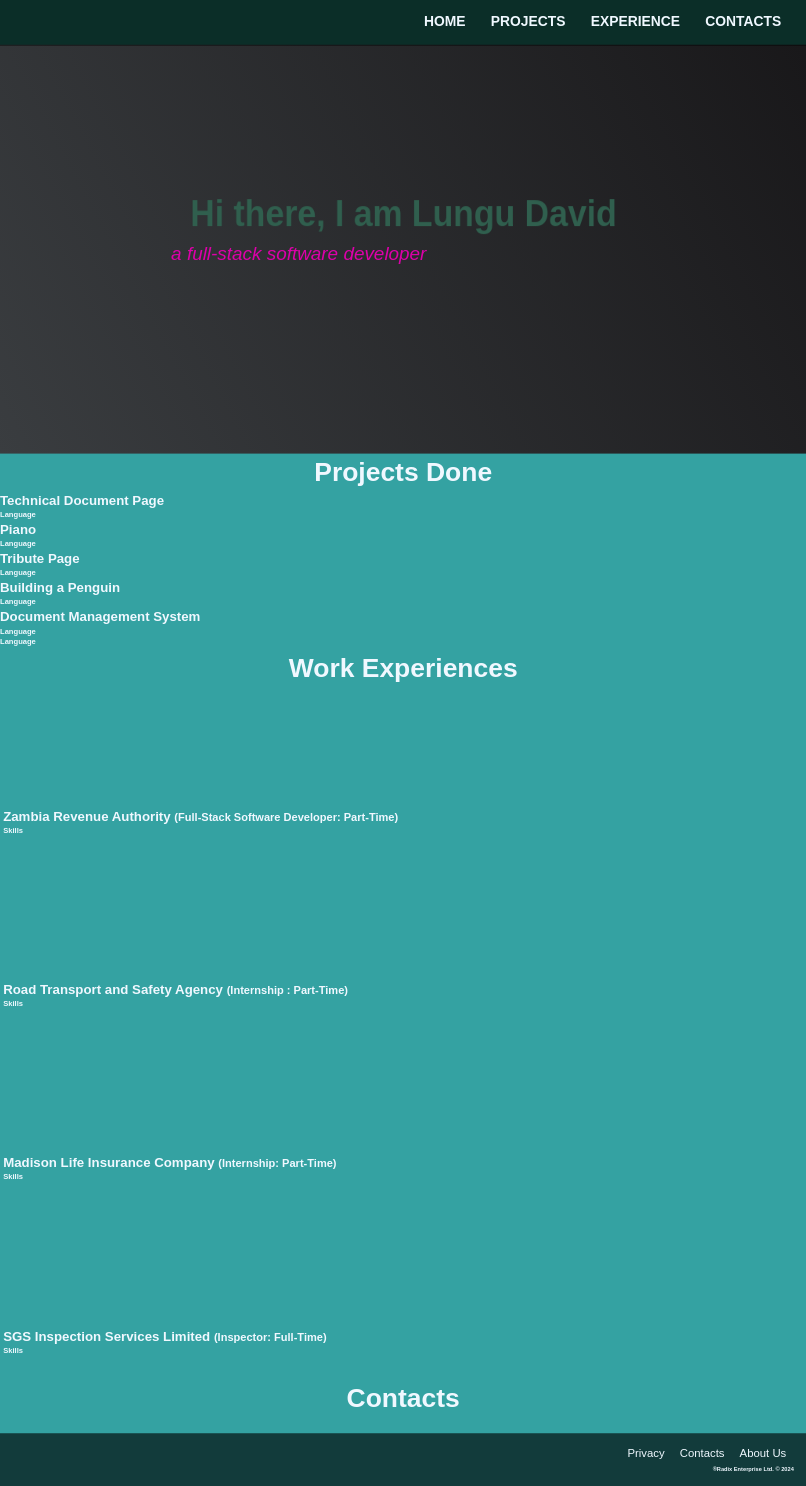
Repository: Lungdjos/personal_portifolio
Page: html/index.html
These files come from the project's save history. The page is drawn as it stood at one moment and after a run of saves; the edit follows.
The browser window is 1280 px wide. The pictures show the whole page, at 63% of full size.

Above is the page before, as saved 2024-02-02 01:41:41.

After the next 2 saves:
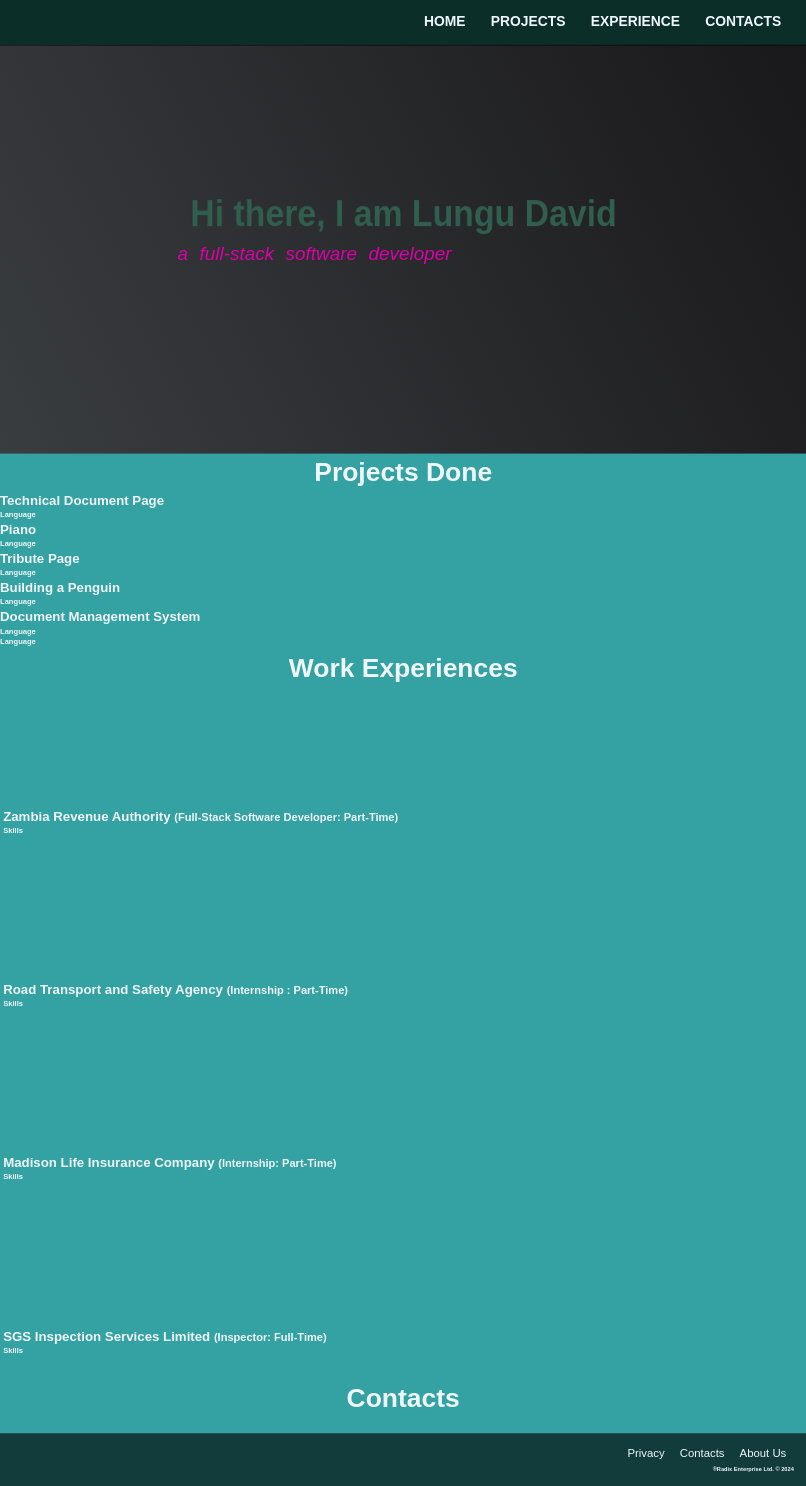
The 2 saves are shown as one change because they came seconds apart.
The last was saved 7 s later.
--- a/css/styles.css
+++ b/css/styles.css
@@ -158,7 +158,7 @@
     text-indent: 10px;
 }
 
-#s span {
+#sub-title span {
     display: inline-block;
     animation: fallAnimation 1s ease-in-out forwards;
 }
